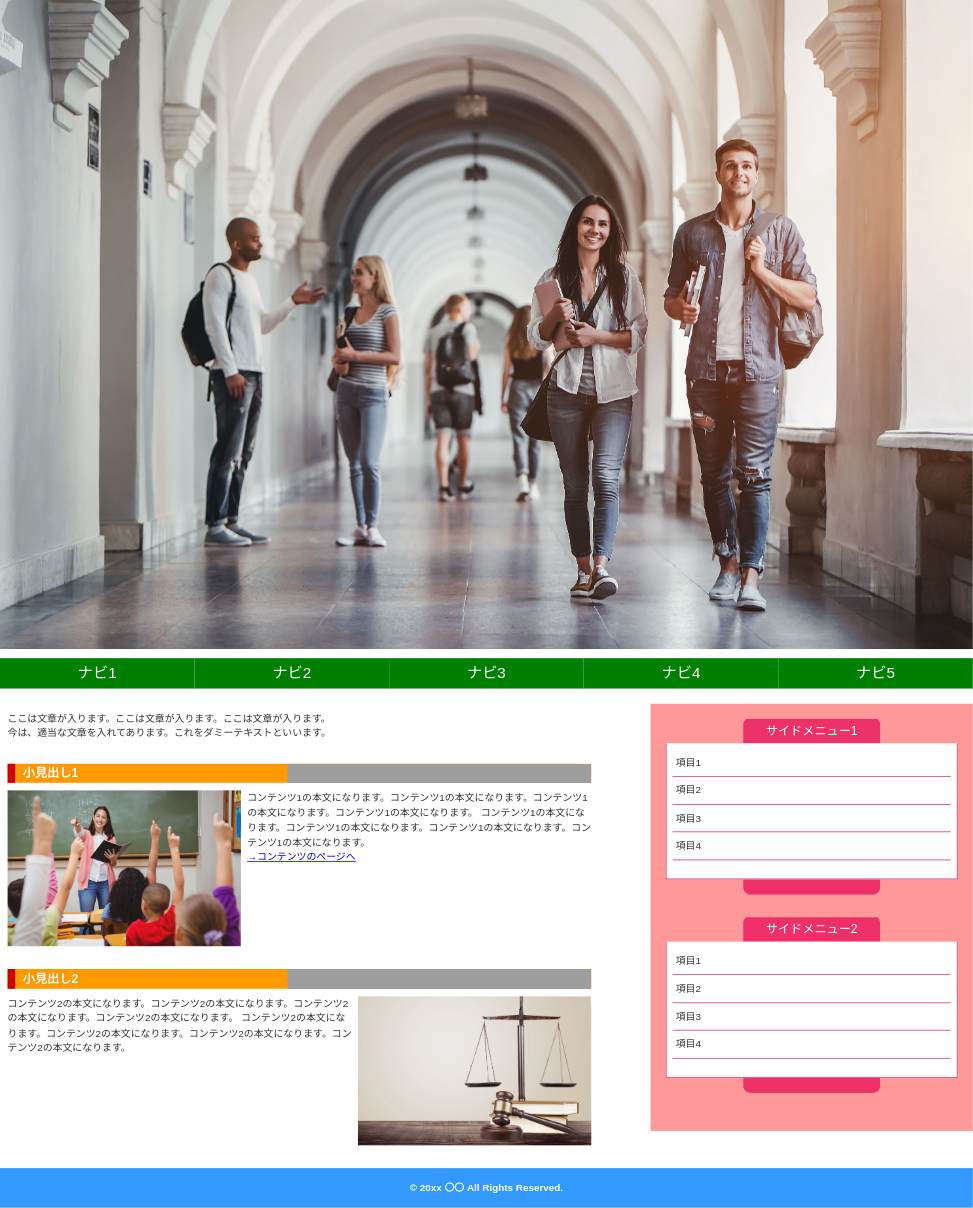
Repository: KAZMA5/samurai_HTML-CSS
Page: 6章まで/home.html
The author's editor kept a record of every edit. The page is drawn from the files as they stood at one moment, then again after the next edit.
The browser window is 1280 px wide. The pictures show the whole page, at 76% of full size.
Pictures or frames that could not be fetched are drawn as grey boxes.

Above is the page before.

After the next edit:
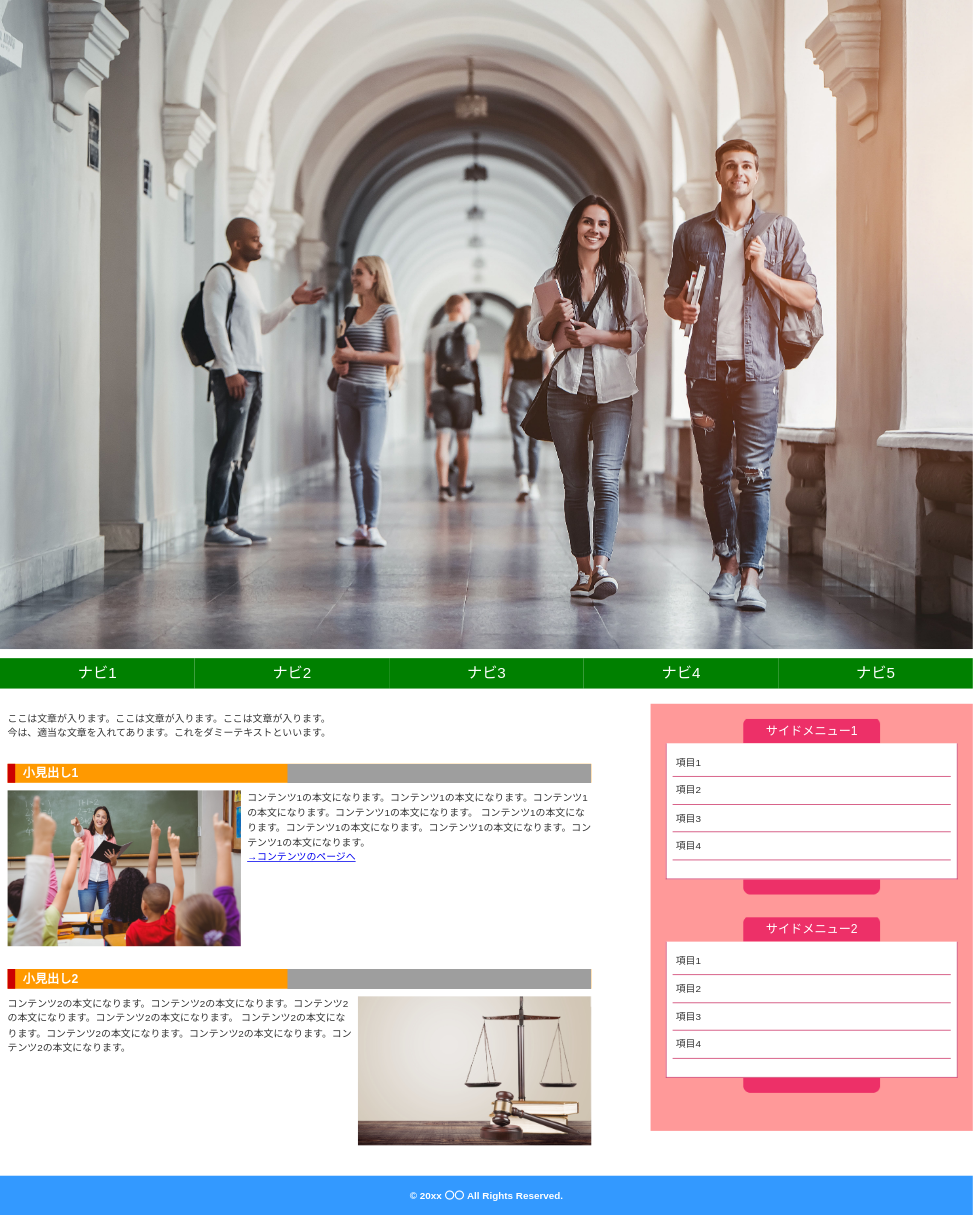
The edit:
--- a/6章まで/home.html
+++ b/6章まで/home.html
@@ -37,10 +37,9 @@
                     <h2>小見出し2</h2>
                     <img class="right" src="images/scale.jpg" alt="天秤" />
                     <p>
-                            コンテンツ2の本文になります。コンテンツ2の本文になります。コンテンツ2の本文になります。コンテンツ2の本文になります。
-                            コンテンツ2の本文になります。コンテンツ2の本文になります。コンテンツ2の本文になります。コンテンツ2の本文になります。
-                        </p>
-                    </div>
+                        コンテンツ2の本文になります。コンテンツ2の本文になります。コンテンツ2の本文になります。コンテンツ2の本文になります。
+                        コンテンツ2の本文になります。コンテンツ2の本文になります。コンテンツ2の本文になります。コンテンツ2の本文になります。
+                    </p>
                 </div>
             </div>
             <div id="side">
